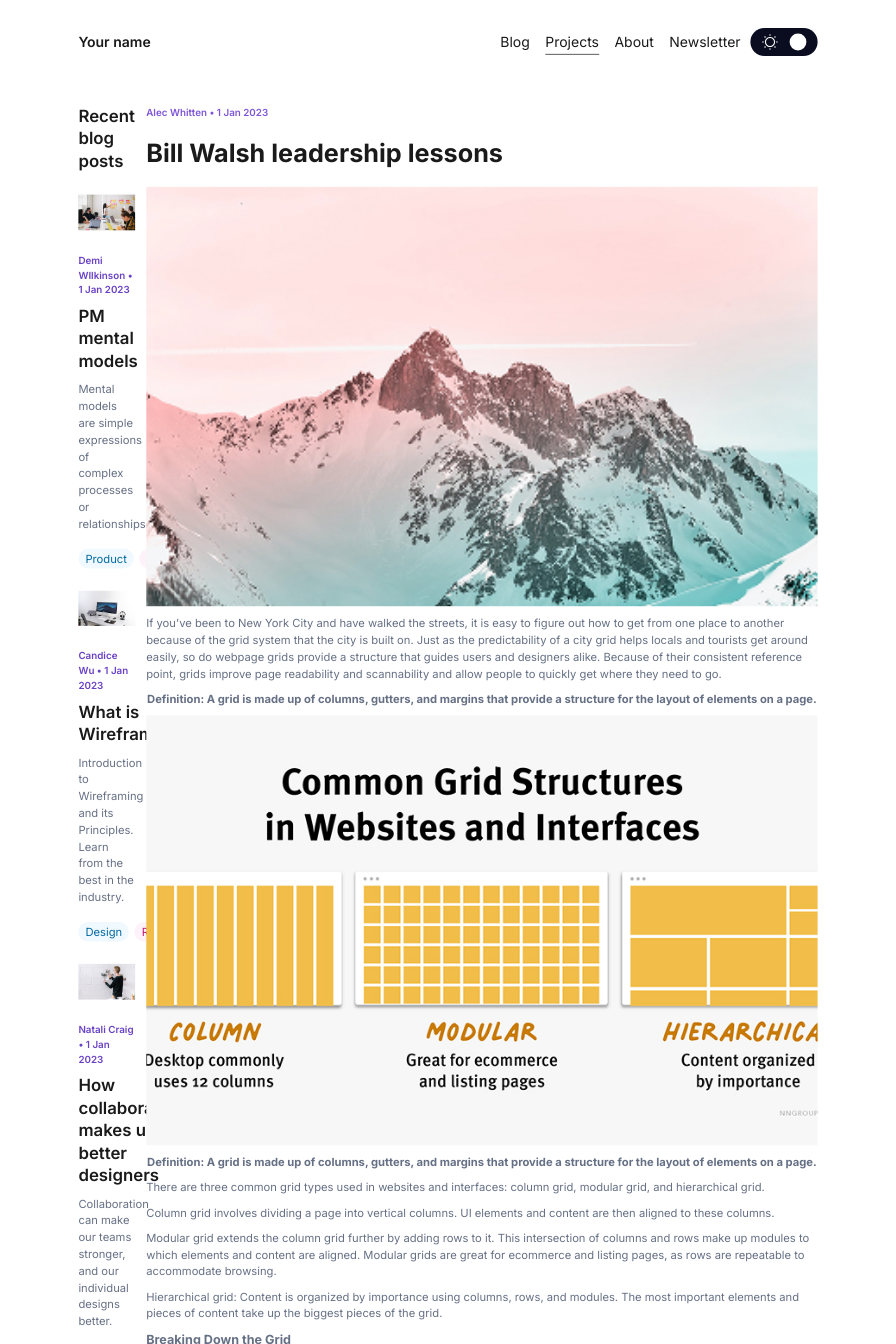
Repository: RawanBarakat-hub/task-6-adv
Page: /projects/1
An editor plug-in stored every save of this project. The page is shown before and after a run of saves, followed by the edit.
The browser window is 1280 px wide. The pictures show the part of the page from y = 0 to 1920 px (the page is 8747 px tall before and 8062 px after), at 70% of full size.
The project was rebuilt for these pictures with package versions that can differ from the ones it lists, and the page was loaded fresh each time. Also part of the build but not shown: vite.config.ts, src/components/HeroHome/HeroHome.tsx, src/components/PaginationLink/PaginationLink.tsx, src/components/Pagination/Pagination.tsx, src/components/SectionHomeAllBlogs/SectionHomeAllBlogs.tsx, src/components/SectionHomeRecentBlogs/SectionHomeRecentBlogs.tsx, src/components/MainHome/MainHome.tsx, src/pages/Home.tsx and 3 more.

Above is the page before, as saved 2026-02-13 01:34:49.

### index.html
<!doctype html>
<html lang="en">
  <head>
    <meta charset="UTF-8" />
    <link rel="icon" type="image/svg+xml" href="/vite.svg" />
    <meta name="viewport" content="width=device-width, initial-scale=1.0" />
    <title>task-6-adv</title>
  </head>
  <body>
    <div id="root"></div>
    <script type="module" src="/src/main.tsx"></script>
  </body>
</html>

### src/main.tsx
import { StrictMode } from 'react'
import { createRoot } from 'react-dom/client'
import './index.css'
import { createBrowserRouter, RouterProvider } from 'react-router-dom'
import Home from './pages/Home.tsx'
import Blog from './pages/Blog.tsx'
import NewsLetter from './pages/NewsLetter.tsx'
import Root from './pages/Root.tsx'
import { DarkProvider } from './context/DarkContext.tsx'
import { Provider } from 'react-redux'
import store from './redux/store/index.ts'
const routes=createBrowserRouter([
  {
  path:"/",
  element:<Root/>,
  children:
    [
      {
        path:"",
        element:<Home/>
      },
      {
        path:"projects",
        element:<Blog/>,
        children:[
          {
            path:":id",
            element:<Blog/>
          }
        ]
      },
      {
        path:"news",
        element:<NewsLetter/>
      }
    ]
  }
])
createRoot(document.getElementById('root')!).render(
  <StrictMode>
    <Provider store={store}>
      <DarkProvider>
        <RouterProvider router={routes}></RouterProvider>
      </DarkProvider>
    </Provider>
  </StrictMode>,
)

### src/index.css
@import url('https://fonts.googleapis.com/css2?family=Inter:ital,opsz,wght@0,14..32,100..900;1,14..32,100..900&display=swap');
@import "tailwindcss";
@custom-variant dark (&:where(.dark, .dark *));
@theme {
    --color-text-color: #1A1A1A;
    --color-dark: #090D1F;
    --color-my-primary: #7F56D9;
    --font-inter: "Inter", sans-serif;
}

### src/pages/Blog.tsx
import { useParams } from "react-router-dom"
import SectionBlogDetails from "../components/SectionBlogDetails/SectionBlogDetails"
import NewsLetterForm from "../components/NewsLetterForm/NewsLetterForm"

const Blog = () => {
    const params=useParams()
    const id=Number(params.id)
    return (
        <div>
            <SectionBlogDetails id={id} />
            <NewsLetterForm/>
        </div>
    )
}

export default Blog

### src/pages/Root.tsx
import { Outlet } from "react-router-dom"
import NavBar from "../components/NavBar/NavBar"
import type { LinkProp } from "../interfaces"
import { useContext } from "react"
import { DarkContext } from "../context/DarkContext"
import Footer from "../components/Footer/Footer"

const Root = () => {
    const { dark } = useContext(DarkContext)
    const navItems:Array<LinkProp>=[
        {
            url:"/",
            text:"Blog"
        },
        {
            url:"/projects",
            text:"Projects"
        },
        {
            url:"/about",
            text:"About"
        },
        {
            url:"/news",
            text:"Newsletter"
        }
    ]
    const footerItems:Array<LinkProp>=[
        {
            url:"https://x.com",
            text:"Twitter "
        },
        {
            url:"https://www.linkedin.com",
            text:"LinkedIn"
        },
        {
            url:"#",
            text:"Email"
        },
        {
            url:"#",
            text:"RSS feed"
        },
        {
            url:"#",
            text:"Add to Feedly"
        }
    ]
    return (
        <div className={`${dark&&"dark"} px-5 lg:px-28 font-inter bg-white dark:bg-dark`}>
            <NavBar name="Your name" items={navItems} image1={{source:"/assets/sun.svg",alternative:"sun icon"}}
            image2={{source:"/assets/moon.svg",alternative:"moon icon"}}
            image3={{source:"/assets/bars.svg"
            ,source_mode:"/assets/bars-white.svg",alternative:"bars icon"}}
            image4={{source:"/assets/xmenu.svg"
            ,source_mode:"/assets/xblack.svg",alternative:"x icon"}}/>
            <Outlet/>
            <Footer info="&copy; 2023" items={footerItems}/>
        </div>
    )
}

export default Root

### src/context/DarkContext.tsx
    import { createContext, useEffect, useState } from "react";
    import type { ReactNode } from "react"
    interface DarkContextType {
    dark: boolean;
    setDark: (value: boolean) => void;
    }

    export const DarkContext = createContext<DarkContextType>({
    dark: false,
    setDark: () => {},
    });

    interface DarkProviderProps {
    children: ReactNode;
    }

    export const DarkProvider = ({ children }: DarkProviderProps) => {
    const [dark, setDark] = useState<boolean>(() => {
        const saved = localStorage.getItem("theme");
        return saved === "dark";
    });

    useEffect(() => {
        if (dark) {
        document.documentElement.classList.add("dark");
        localStorage.setItem("theme", "dark");
        } else {
        document.documentElement.classList.remove("dark");
        localStorage.setItem("theme", "light");
        }
    }, [dark]);

    return (
        <DarkContext.Provider value={{ dark, setDark }}>
        {children}
        </DarkContext.Provider>
    );
    };

### src/redux/store/index.ts
import { configureStore } from "@reduxjs/toolkit";
import blogReducer from "./../slice/index.tsx"
const store=configureStore({
    reducer:{
        blogs:blogReducer
    }
})
export default store

### src/components/SectionBlogDetails/SectionBlogDetails.tsx
import { useSelector } from "react-redux"
import TitleSection from "../TitleSection/TitleSection"
import type { BlogsState, SectionBlogDetailsProp } from "../../interfaces"
import ContainerGrid from "../ContainerGrid/ContainerGrid"
import Card from "../Card/Card"
import CardDetailed from "../CardDetailed/CardDetailed"

const SectionBlogDetails = ({id}:SectionBlogDetailsProp) => {
    const blogs = useSelector((state: { blogs: BlogsState }) => state.blogs.blogs);
    const recentBlogs = blogs.slice(-9)
    const blogDetaild=blogs.find((blog)=>{
        return blog.id==id
    })
    return (
            <section className="pt-[92px] md:pt-[103px] lg:pt-[150px] mb-[72px] md:mb-8 flex flex-col-reverse md:flex-row
            justify-between gap-4">
                <div className=" md:w-[342px]">
                    <TitleSection title="Recent blog posts" />
                    <ContainerGrid className="details">
                        {
                            recentBlogs.map((recentBlog)=>{
                                return <Card key={recentBlog.id}
                                id={recentBlog.id}
                                image={recentBlog.image}
                                author={recentBlog.author}
                                title={recentBlog.title}
                                description={recentBlog.description}
                                category1={recentBlog.category1}
                                category2={recentBlog.category2}
                                category3={recentBlog.category3} />
                                })
                        }
                    </ContainerGrid>
                </div>
                {blogDetaild && (
                    <CardDetailed author={blogDetaild.author}
                    title={blogDetaild.title}
                    image={blogDetaild.image}
                    details={blogDetaild.details ?? []}
                    category1={blogDetaild.category1}
                    category2={blogDetaild.category2}
                    category3={blogDetaild.category3} />
                )}
            </section>
    )
}

export default SectionBlogDetails

### src/components/NewsLetterForm/NewsLetterForm.tsx
import { Link } from "react-router-dom"
import type { NewsLetterFormProps } from "../../interfaces"

const NewsLetterForm = ({className}:NewsLetterFormProps) => {
    return (
        <div className={`${className=="news"&&"pt-[92px] md:pt-[152px] lg:pt-[150px]"} md:flex md:flex-col justify-center items-center`}>
            <p className="font-semibold text-my-primary text-center">Newlatters</p>
            <h2 className="font-semibold text-5xl leading-[60px] text-text-color
            mt-3 mb-6 dark:text-white">Stories and interviews</h2>
            <p className="text-[20px] text-[#667085] leading-[30px]
            mb-10 dark:text-[#C0C5D0]">Subscribe to learn about new product features, the latest in technology, solutions,
            and updates.</p>
            <form className="mb-2 flex flex-col gap-3 md:flex-row md:gap-4">
                <input type="email" placeholder="Enter your email" className="py-3 px-4 rounded-lg border border-[#D0D5DD]
                shadow-[0px_1px_2px_0px_#1018280D] outline-0
                placeholder:text-[#667085]
                dark:bg-white" />
                <input type="submit" value="Subscribe"
                className="bg-my-primary text-white font-medium py-3 px-5 rounded-lg cursor-pointer
                hover:bg-[#996ef8]" />
            </form>
            <p className="text-[14px] text-[#667085]
            dark:text-[#C0C5D0]">We care about your data in our <Link className="underline" to="#">privacy policy</Link></p>
        </div>
    )
}

export default NewsLetterForm

### src/components/NavBar/NavBar.tsx
import { NavLink } from "react-router-dom"
import type { NavBarProps } from "../../interfaces"
import { DarkContext } from "../../context/DarkContext";
import { useContext, useEffect, useState } from "react";

const NavBar = ({name,items,image1,image2,image3,image4}:NavBarProps) => {
    const [isMobile, setIsMobile] = useState<boolean>(window.innerWidth <= 640)
    const [showMenu,setShowMenu]=useState<boolean>(false)
    useEffect(() => {
        const handleResize = () => setIsMobile(window.innerWidth <= 640)
        window.addEventListener("resize", handleResize);
        return () => window.removeEventListener("resize", handleResize)
    }, [])
    const { dark, setDark } = useContext(DarkContext)
    return (
        <nav className="py-5 lg:py-10 flex justify-between items-center fixed top-0 w-[calc(100%-40px)] lg:w-[calc(100%-224px)] z-20
        bg-white dark:bg-dark">
            <p className={`${dark&&"dark"} dark:text-white text-text-color text-lg lg:text-xl font-semibold`}>{name}</p>
            {
                !isMobile &&
                <div className="flex items-center gap-3.5">
                    <ul className="flex gap-[22px]">
                        {items.map((item, index) => (
                            <li key={index}>
                            <NavLink
                                to={item.url}
                                className={({ isActive }) =>
                                `pb-[5px]
                                text-[18px] lg:text-[20px]
                                text-text-color
                                dark:text-white
                                ${isActive && "border-b border-[text-color] dark:border-white"}
                                `
                                }
                            >
                                {item.text}
                            </NavLink>
                            </li>
                        ))}
                        </ul>

                    <div className={` dark:bg-white bg-dark
                        rounded-[29px] px-4 py-2 flex gap-4` }>
                        <button onClick={() => setDark(false)}
                        className="relative cursor-pointer"><img src={image1.source} alt={image1.alternative} />
                        {dark&&<div className="absolute z-10 bg-dark w-full h-full top-0 left-0 rounded-full"></div>}
                        </button>
                        <button  onClick={() => setDark(true)}
                        className="relative cursor-pointer"><img src={image2.source} alt={image2.alternative} />
                        {!dark&&<div className="absolute z-10 bg-white w-full h-full top-0 left-0 rounded-full"></div>}
                        </button>
                    </div>
                </div>
            }
            {
                isMobile && (
                    <>
                        <button onClick={()=>setShowMenu(!showMenu)}><img src={dark?image3.source_mode:image3.source} alt={image3.alternative} /></button>
                        {
                            showMenu && (
                                <div className={`
                                dark:bg-dark bg-white flex flex-col justify-center items-center gap-5 absolute top-0 left-0 h-screen w-screen`}>
                                    <p className={`dark:text-white text-text-color
                                    text-lg font-semibold
                                    mb-[26px]`}
                                    >{name}</p>
                                    <ul className="flex flex-col items-center gap-7">
                                        {
                                        items.map((item,index)=>{
                                            return  <li><NavLink
                                            className={({ isActive }) =>`dark:text-white text-text-color text-[18px]
                                            pb-[5px]
                                            ${isActive && "border-b border-[text-color] dark:border-white"}`}
                                            key={index} to={item.url}>{item.text}</NavLink></li>
                                        })
                                        }
                                    </ul>
                                    <div className={` dark:bg-white bg-dark
                                        rounded-[29px] px-4 py-2 flex gap-4`}>
                                        <button onClick={() => setDark(false)}
                                        className="relative cursor-pointer"><img src={image1.source} alt={image1.alternative} />
                                        {dark&&<div className="absolute z-10 bg-dark w-full h-full top-0 left-0 rounded-full"></div>}
                                        </button>
                                        <button  onClick={() => setDark(true)}
                                        className="relative cursor-pointer"><img src={image2.source} alt={image2.alternative} />
                                        {!dark&&<div className="absolute z-10 bg-white w-full h-full top-0 left-0 rounded-full"></div>}
                                        </button>
                                    </div>
                                    <button
                                    onClick={()=>setShowMenu(false)} className="absolute bottom-5"><img src={dark?image4.source:image4.source_mode} alt={image4.alternative} /></button>
                                </div>
                            )
                        }
                    </>
                )
            }
        </nav>
    )
}

export default NavBar

### src/components/Footer/Footer.tsx
import type { FooterProps } from "../../interfaces"

const Footer = ({info,items}:FooterProps) => {
    return (
        <footer className="pt-[30px] pb-[23px] md:pb-[30px]
        flex justify-center items-center flex-col-reverse md:flex-row md:justify-start gap-3.5">
            <span className="text-[20px] text-text-color dark:text-white">{info}</span>
            <ul className="flex justify-center items-center flex-col md:flex-row gap-3.5">
                {
                    items.map((item)=>{
                        return <li><a className="text-[20px] text-text-color dark:text-white" href={item.url}>{item.text}</a></li>
                    })
                }
            </ul>
        </footer>
    )
}

export default Footer

### src/components/TitleSection/TitleSection.tsx
import type { TitleProp } from "../../interfaces"

const TitleSection = ({title}:TitleProp) => {
    return (
        <h2 className="text-text-color font-semibold text-2xl dark:text-white
        mb-8">{title}</h2>
    )
}

export default TitleSection

### src/components/ContainerGrid/ContainerGrid.tsx
import type { ContainerGridProps } from "../../interfaces";

const ContainerGrid = ({ className, children }: ContainerGridProps) => {
    const gridClasses =
        className === "recent"
            ? "grid-cols-1 gap-8 lg:items-start lg:grid-cols-2"
            : className === "details"
            ? "grid-cols-1 gap-8"
            : "grid-cols-1 gap-6 md:grid-cols-2 md:gap-x-4 md:gap-y-6 lg:grid-cols-3 lg:gap-x-8 lg:gap-y-12";
    return (
        <div className={`grid ${gridClasses}`}>
            {children}
        </div>
    );
};

export default ContainerGrid;

### src/components/Card/Card.tsx
import { Link } from "react-router-dom"
import type { CardProps } from "../../interfaces"
import { useContext } from "react"
import { DarkContext } from "../../context/DarkContext"

const Card = ({className,id,image,author,title,description,category1,category2,category3}:CardProps) => {
        const {dark}=useContext(DarkContext)
    return (
        <div className={`${className} ${className?.includes("box")&&"lg:grid lg:grid-cols-2"}`}>
            <div className={`mw-fit mb-6 ${
                className?.includes("image") ? "lg:mb-0" : "lg:mb-8"}`}>
                <img className={`w-full
                ${className?.includes("image")&&"lg:h-full"}`} src={image.source} alt={image.alternative} />
            </div>
            <div>
                <p className="text-[#6941C6] font-semibold text-[14px]">{author}</p>
                <div className="my-3 flex justify-between items-center gap-4">
                    <h3 className="text-text-color font-semibold text-2xl
                dark:text-white">{title}</h3>
                <Link to={`/projects/${id}`}><img src={dark?"/assets/arrowblogwhite.svg":"/assets/arrowblog.svg"} alt="arrow photo" /></Link>
                </div>
                <p className="text-[#667085] mb-6 leading-6
                dark:text-[#C0C5D0]">{description}</p>
                <div className="flex gap-2">
                    <span className="bg-[#F0F9FF] text-[#026AA2] py-0.5 px-2.5 rounded-2xl">{category1}</span>
                    <span className="bg-[#FDF2FA] text-[#C11574] py-0.5 px-2.5 rounded-2xl">{category2}</span>
                    {
                        category3 && <span className="bg-[#ECFDF3] text-[#027A48] py-0.5 px-2.5 rounded-2xl">{category3}</span>
                    }
                </div>
            </div>
        </div>
    )
}

export default Card

### src/components/CardDetailed/CardDetailed.tsx
import type { BlogDetailBlock, CardDetailedProps } from "../../interfaces"

const CardDetailed = ({author,title,image,details,category1,category2,category3}:CardDetailedProps) => {
    const detailsCard=(block: BlogDetailBlock)=>{
        switch(block.type){
            case "paragraph":
                return (
                    <div>
                        <p className="leading-6 text-[#667085] dark:text-[#C0C5D0]
                        my-3">{block.text}</p>
                        {block.items && (
                            <ul className="">
                                {block.items.map((item, i) => (
                                    <li key={i}>{item.text}</li>
                                ))}
                            </ul>
                        )}
                    </div>
                )
            case "title" :
                return (
                    <h3 className="font-bold text-center text-[#667085] leading-6
                    dark:text-[#C0C5D0] my-3">{block.text}</h3>
                )
            case "subtitle" :
                return (
                    <h4 className="font-bold text-[18px] my-3 text-[#667085]
                    dark:text-[#C0C5D0]">{block.text}</h4>
                )
            case "definition":
                return (
                    <p className="leading-6 text-[#667085] dark:text-[#C0C5D0]
                        my-3">
                        <span className="font-bold text-[18px]">{block.title}</span>
                        {block.text}
                    </p>
                )
            case "image" :
                return (
                    <div>
                        <img className="w-full" src={block.source} alt={block.alternative} />
                    </div>
                )
            default :
                return null
        }
    }
    return (
        <div>
            <p className="font-semibold text-[14px] text-my-primary ">{author}</p>
            <h3 className="font-bold text-4xl leading-8 text-text-color my-8
            dark:text-white">{title}</h3>
            <div>
                <img className="w-full" src={image.source} alt={image.alternative} />
            </div>
            {details?.map((block) => detailsCard(block))}
            <div className="flex gap-2 mt-6">
                    <span className="bg-[#F0F9FF] text-[#026AA2] py-0.5 px-2.5 rounded-2xl">{category1}</span>
                    <span className="bg-[#FDF2FA] text-[#C11574] py-0.5 px-2.5 rounded-2xl">{category2}</span>
                    {
                        category3 && <span className="bg-[#ECFDF3] text-[#027A48] py-0.5 px-2.5 rounded-2xl">{category3}</span>
                    }
                </div>
        </div>
    )
}

export default CardDetailed

Loaded but not shown: src/redux/slice/index.tsx (6164 lines, source omitted)

After the next 5 saves:
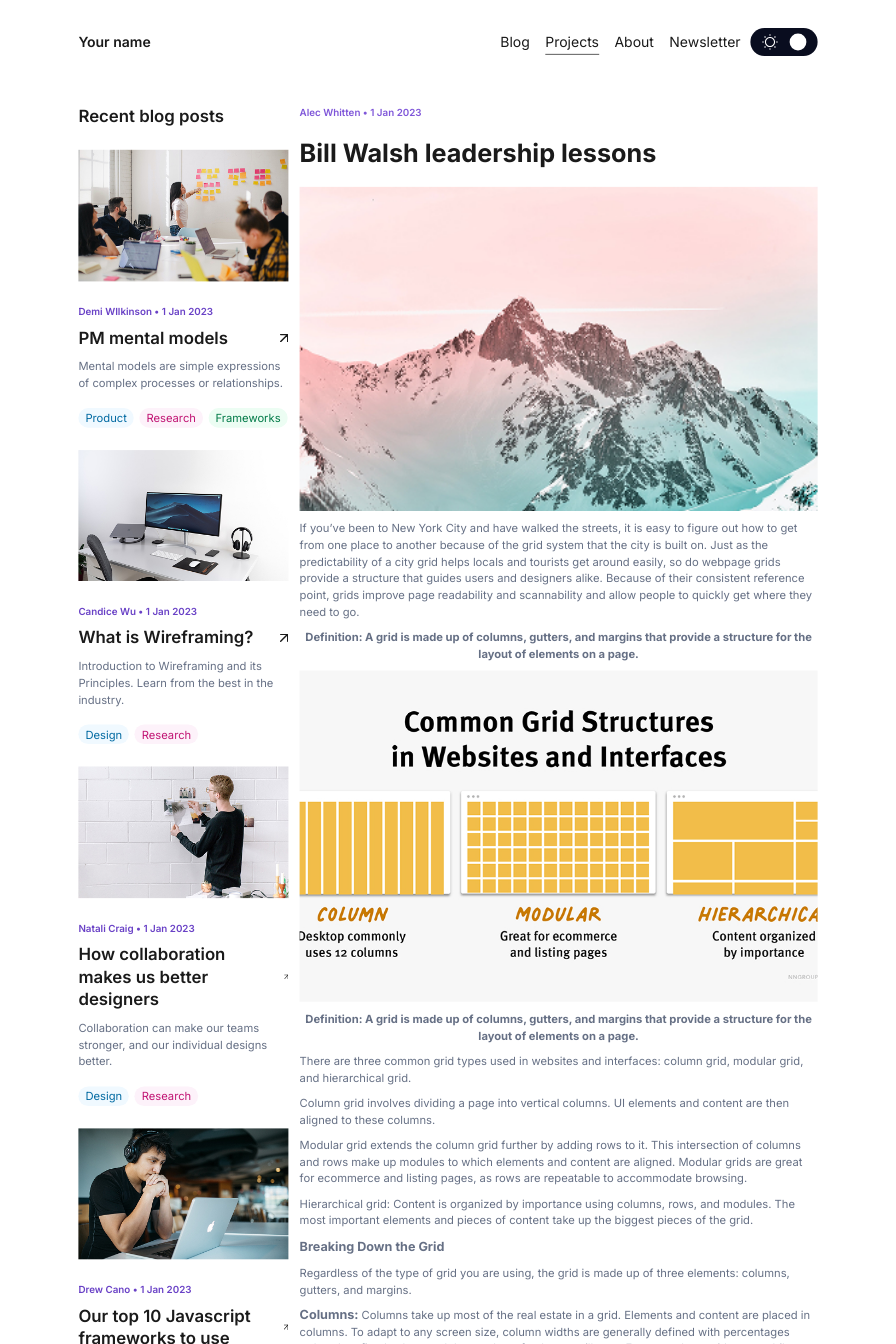
The 5 saves are shown as one change because they came seconds apart.
The last was saved 56 s later.
--- a/src/components/SectionBlogDetails/SectionBlogDetails.tsx
+++ b/src/components/SectionBlogDetails/SectionBlogDetails.tsx
@@ -14,7 +14,7 @@ const SectionBlogDetails = ({id}:SectionBlogDetailsProp) => {
     return (
             <section className="pt-[92px] md:pt-[103px] lg:pt-[150px] mb-[72px] md:mb-8 flex flex-col-reverse md:flex-row
             justify-between gap-4">
-                <div className=" md:w-[342px]">
+                <div className="min-w-[300px] md:w-[342px]">
                     <TitleSection title="Recent blog posts" />
                     <ContainerGrid className="details">
                         {
